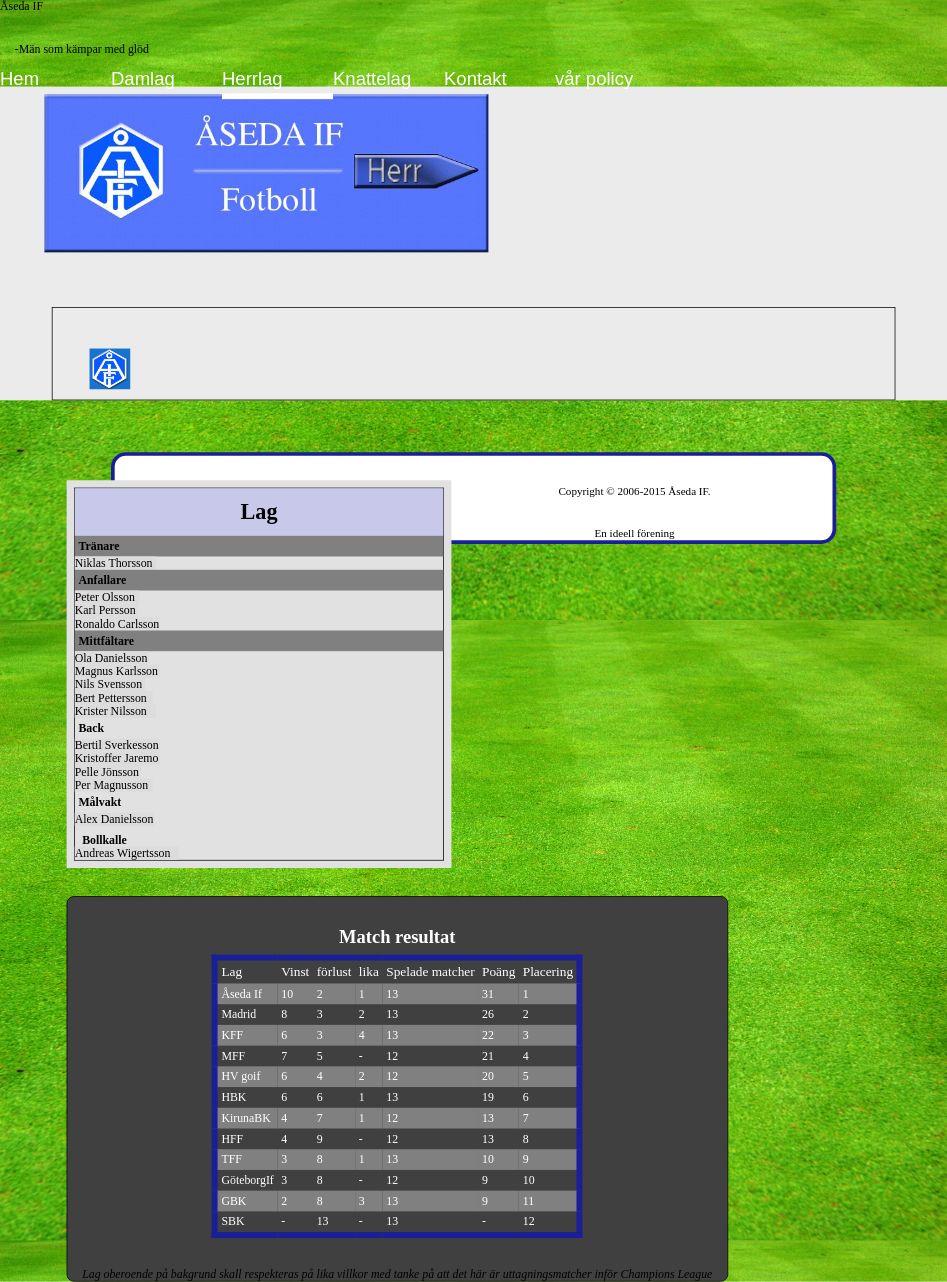
Repository: alexanderdanielsson28/ProjektAsedaIF
Page: html/Herrlag.html
The author's editor kept a record of every edit. The page is drawn from the files as they stood at one moment, then again after the next edit.
The browser window is 1280 px wide. The pictures show the whole page, at 74% of full size.
Backgrounds fixed to the window are drawn as part of the page.

Above is the page before.

After the next edit:
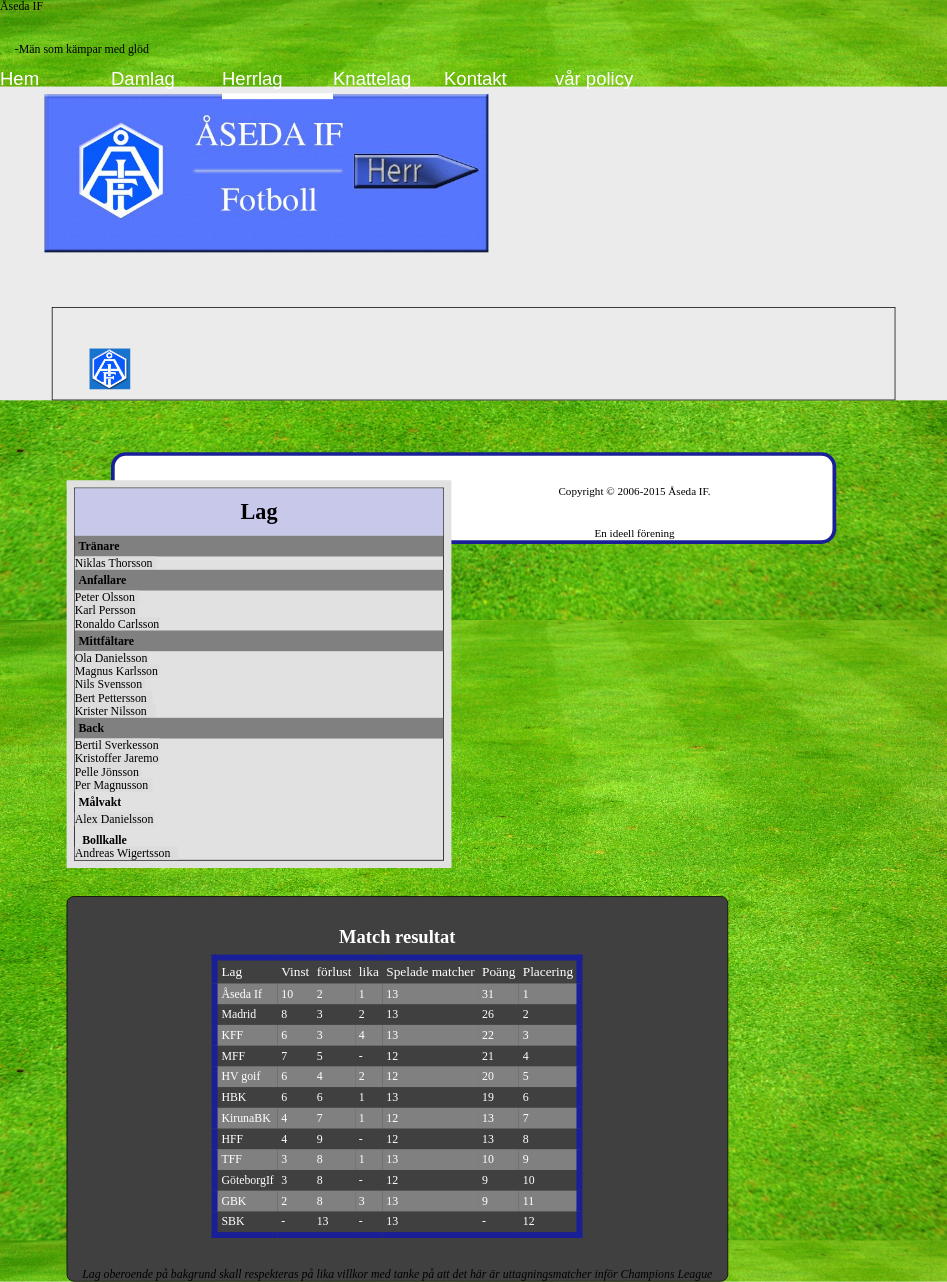
The edit:
--- a/html/Herrlag.html
+++ b/html/Herrlag.html
@@ -79,7 +79,7 @@
                     <li class="lag" id="bert">Bert Pettersson</li>
                     <li class="lag" id="krister">Krister Nilsson</li>
                 </ol>
-                <h4 id="back">Back</h4>
+                <h4 id="back" class="gro">Back</h4>
                 <ol id="listen">
                     <li class="lag" id="bertil">Bertil Sverkesson</li>
                     <li class="lag" id="kristoffer">Kristoffer Jaremo</li>
